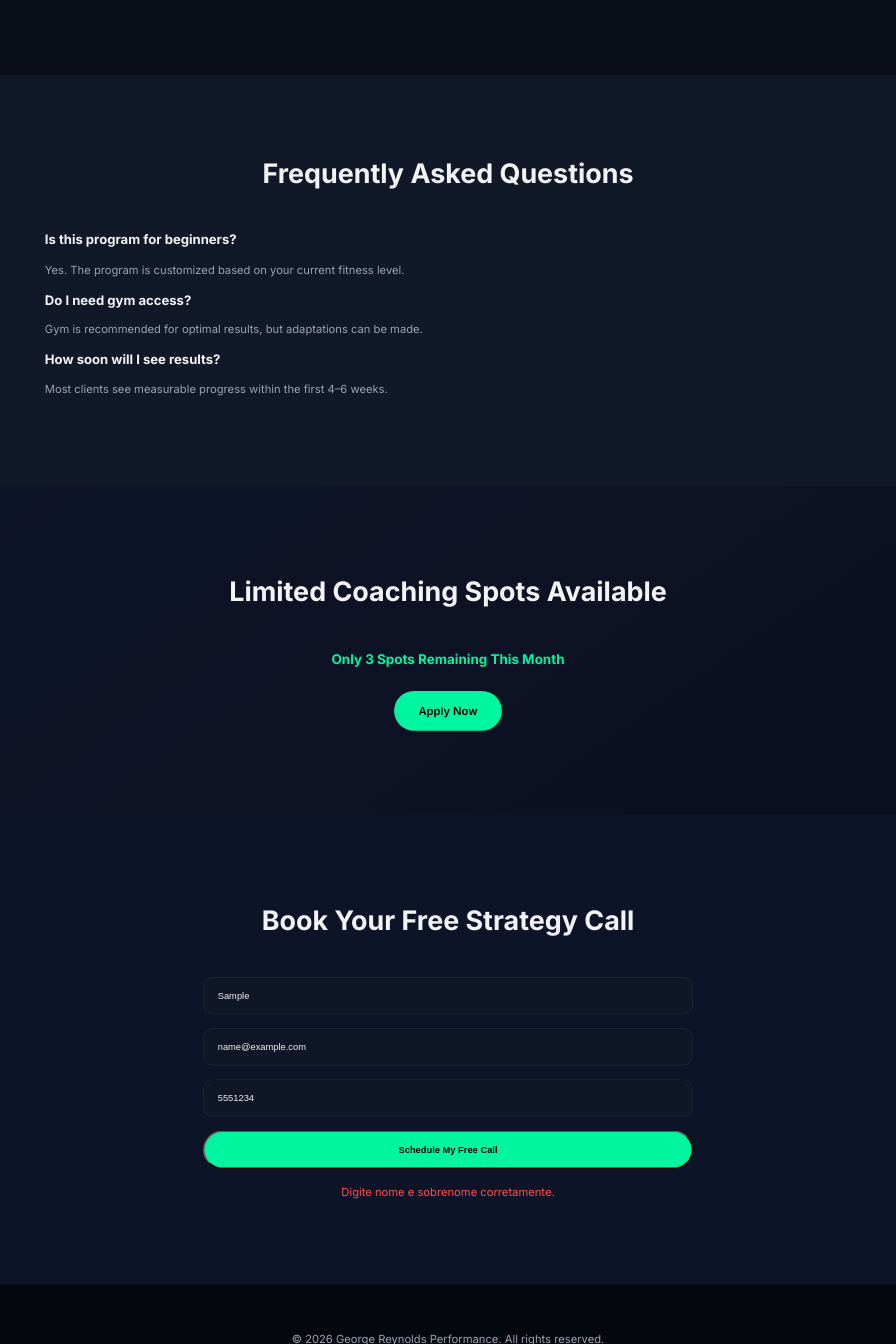
Repository: davidfsillva/Landing-page-pro
Page: index.html
These files come from the project's save history. The page is drawn as it stood at one moment and after the next save; the edit follows.
The browser window is 1280 px wide. The pictures show the part of the page from y = 4580 to 6500 px (the page is 6571 px tall), at 70% of full size.
Empty fields were first filled with sample values (such as "Sample", 5 or name@example.com).
After loading, the first visible `#leadForm` was submitted once.

Above is the page before, as saved 2026-02-26 18:59:28.

### index.html
<!DOCTYPE html>
<html lang="en">
<head>
    <!-- ================= BASIC META ================= -->
    <meta charset="UTF-8">
    <meta name="viewport" content="width=device-width, initial-scale=1.0, maximum-scale=5.0">
    <meta name="robots" content="index, follow">
    <link rel="canonical" href="https://www.lucasreynolds.com">

    <!-- ================= SEO ================= -->
    <title>George Reynolds | Elite Personal Trainer</title>
    <meta name="description" content="Elite personal training focused on fat loss, muscle building and peak performance. Customized programs, strategic nutrition and real accountability. Book your free fitness consultation today.">

    <!-- ================= OPEN GRAPH ================= -->
    <meta property="og:title" content="George Reynolds | Transform Your Body in 90 Days">
    <meta property="og:description" content="Personalized training programs with proven results. Limited spots available.">
    <meta property="og:type" content="website">
    <meta property="og:image" content="https://placehold.co/1200x630/0B1020/00FF99?text=GEORGE+REYNOLDS">
    <meta property="og:url" content="https://www.georgereynolds.com">
    <meta name="twitter:card" content="summary_large_image">

    <!-- FONTS -->
    <link rel="preconnect" href="https://fonts.googleapis.com">
    <link href="https://fonts.googleapis.com/css2?family=Inter:wght@300;400;600;700;800&display=swap" rel="stylesheet">

    <link rel="stylesheet" href="style.css">
</head>

<body>

<header class="header">
    <nav class="nav">
    <div class="logo">GEORGE REYNOLDS</div>

    <div class="menu-toggle" id="menuToggle">
        <span></span>
        <span></span>
        <span></span>
    </div>

    <div class="mobile-menu" id="mobileMenu">
        <a href="#home">Home</a>
        <a href="#about">About</a>
        <a href="#method">Method</a>
        <a href="#results">Results</a>
        <a href="#contact" class="menu-cta">Book Call</a>
    </div>
    </nav>
</header>

<main>

<!-- HERO -->
<section id="home" class="hero reveal">
    <div class="hero-overlay"></div>
    <div class="container hero-grid">

        <div class="hero-content">
            <div class="hero-badge">
                Trusted by 320+ Clients Worldwide
            </div>

            <h1>
                BUILD YOUR ELITE BODY
                <span>IN 90 DAYS.</span>
            </h1>

            <p>
                High-performance coaching for ambitious men who want visible results,
                structured training and real accountability.
            </p>

            <div class="hero-buttons">
                <a href="#contact" class="btn btn-primary">
                    Book Free Strategy Call
                </a>
            </div>

            <div class="hero-proof">
                <div>
                    <strong>320+</strong>
                    <small>Transformations</small>
                </div>

                <div>
                    <strong>8+ Years</strong>
                    <small>Experience</small>
                </div>
            </div>
        </div>

    </div>
</section>

<!-- AUTHORITY -->
<section class="section authority reveal">
    <div class="container">
        <h2>Proven Performance Coaching</h2>

        <div class="grid-3">
            <div class="card reveal">
                <h3>Certified Performance Specialist</h3>
                <p>Advanced certifications in strength training, nutrition strategy and metabolic optimization.</p>
            </div>

            <div class="card reveal">
                <h3>8+ Years of Experience</h3>
                <p>Coaching executives, entrepreneurs and high-performing professionals worldwide.</p>
            </div>

            <div class="card reveal">
                <h3>Data-Driven Approach</h3>
                <p>Every decision is backed by measurable performance metrics and structured progression.</p>
            </div>
        </div>
    </div>
</section>

<!-- ABOUT -->
<section id="about" class="section reveal">
    <div class="container">
        <h2>Why Most People Fail</h2>

        <div class="grid-3">
            <div class="card reveal">
                <h3>Generic Workouts</h3>
                <p>Most programs are copied from the internet and built for everyone — which means they’re built for no one.</p>
            </div>

            <div class="card reveal">
                <h3>Poor Nutrition</h3>
                <p>Extreme dieting, random calorie cutting and unsustainable routines destroy consistency.</p>
            </div>

            <div class="card reveal">
                <h3>No Accountability</h3>
                <p>Without structured guidance and weekly adjustments, discipline fades fast.</p>
            </div>
        </div>
    </div>
</section>

<!-- SOLUTION -->
<section class="section section-dark solution reveal">
    <div class="container">
        <h2>The Solution: Structure + Strategy + Accountability</h2>
        <p class="section-sub">
            Real transformation happens when training, nutrition and mindset work together.
        </p>
    </div>
</section>

<!-- METHOD -->
<section id="method" class="section section-dark reveal">
    <div class="container">
        <h2>The Reynolds Method</h2>

        <div class="method-list">
            <div class="method-item reveal" data-step="01">
                <strong>Full Performance Assessment</strong>
                <p>Deep evaluation before building your transformation plan.</p>
            </div>

            <div class="method-item reveal" data-step="02">
                <strong>Precision Custom Program</strong>
                <p>Engineered around your specific goals with measurable benchmarks.</p>
            </div>

            <div class="method-item reveal" data-step="03">
                <strong>Strategic Nutrition System</strong>
                <p>Structured framework aligned with metabolism and lifestyle.</p>
            </div>

            <div class="method-item reveal" data-step="04">
                <strong>Elite Accountability Protocol</strong>
                <p>Weekly tracking and strategic adjustments.</p>
            </div>
        </div>
    </div>
</section>

<!-- BENEFITS -->
<section class="section benefits reveal">
    <div class="container">
        <h2>What You’ll Achieve</h2>

        <div class="grid-3">
            <div class="card reveal">
                <h3>Visible Fat Loss</h3>
                <p>Reduce body fat while preserving lean muscle mass.</p>
            </div>

            <div class="card reveal">
                <h3>Lean Muscle Gain</h3>
                <p>Build a strong, aesthetic and high-performance physique.</p>
            </div>

            <div class="card reveal">
                <h3>Peak Confidence</h3>
                <p>Develop discipline and mindset that extend beyond the gym.</p>
            </div>
        </div>
    </div>
</section>

<!-- RESULTS -->
<section id="results" class="section reveal">
    <div class="container">
        <h2>Transformation Case Study Concepts</h2>

        <div class="grid-3">
            <div class="testimonial reveal">
                <img src="img/card1.webp" alt="Fitness transformation concept" loading="lazy">
                <p>"In 16 weeks, measurable strength gains and fat reduction."</p>
                <span>Sample Case Study Concept</span>
            </div>

            <div class="testimonial reveal">
                <img src="img/card2.webp" alt="Fitness coaching concept" loading="lazy">
                <p>"Structured check-ins created sustainable progress."</p>
                <span>Sample Case Study Concept</span>
            </div>

            <div class="testimonial reveal">
                <img src="img/card3.webp" alt="Elite fitness result concept" loading="lazy">
                <p>"Personalized programming transformed performance."</p>
                <span>Sample Case Study Concept</span>
            </div>
        </div>
    </div>
</section>

<!-- FAQ -->
<section class="section section-dark faq reveal">
    <div class="container">
        <h2>Frequently Asked Questions</h2>

        <div class="faq-item reveal">
            <h3>Is this program for beginners?</h3>
            <p>Yes. The program is customized based on your current fitness level.</p>
        </div>

        <div class="faq-item reveal">
            <h3>Do I need gym access?</h3>
            <p>Gym is recommended for optimal results, but adaptations can be made.</p>
        </div>

        <div class="faq-item reveal">
            <h3>How soon will I see results?</h3>
            <p>Most clients see measurable progress within the first 4–6 weeks.</p>
        </div>
    </div>
</section>

<!-- URGENCY -->
<section class="section section-dark urgency reveal">
    <div class="container">
        <h2>Limited Coaching Spots Available</h2>

        <div class="urgency-highlight">
            <strong>Only 3 Spots Remaining This Month</strong>
        </div>

        <a href="#contact" class="btn btn-primary">Apply Now</a>
    </div>
</section>

<!-- CONTACT -->
<section id="contact" class="section cta reveal">
    <div class="container contact-container">
        <h2>Book Your Free Strategy Call</h2>

        <form id="leadForm" class="form contact-form">
            <div class="input-group">
                <input type="text" id="nome" name="nome" placeholder="Full Name" required>
            </div>

            <div class="input-group">
                <input type="email" id="email" name="email" placeholder="Email Address" required>
            </div>

            <div class="input-group">
                <input type="tel" id="telefone" name="telefone" placeholder="Phone Number (DDD + Number)" required>
            </div>

            <button type="submit" class="btn btn-primary btn-full">
                Schedule My Free Call
            </button>

            <div id="formFeedback" class="form-feedback"></div>
        </form>
    </div>
</section>

</main>

<footer class="footer">
    <div class="container">
        <p>© 2026 George Reynolds Performance. All rights reserved.</p>
    </div>
</footer>

<script src="script.js"></script>
</body>
</html>

### script.js
(function () {
  "use strict";

  /* =====================================================
     1. MENU RESPONSIVO
  ===================================================== */
  const menuToggle = document.getElementById("menuToggle");
  const navMenu = document.getElementById("nav");

  if (menuToggle && navMenu) {
    menuToggle.addEventListener("click", () => {
      const isActive = navMenu.classList.toggle("active");
      menuToggle.setAttribute("aria-expanded", isActive);
      document.body.style.overflow = isActive ? "hidden" : "auto";
    });

    document.querySelectorAll(".nav a").forEach(link => {
      link.addEventListener("click", () => {
        navMenu.classList.remove("active");
        menuToggle.setAttribute("aria-expanded", "false");
        document.body.style.overflow = "auto";
      });
    });
  }

  /* =====================================================
     2. SCROLL SUAVE COM OFFSET
  ===================================================== */
  const header = document.querySelector(".header");

  document.querySelectorAll('a[href^="#"]').forEach(anchor => {
    anchor.addEventListener("click", function (e) {
      const targetId = this.getAttribute("href");
      if (targetId === "#") return;

      const target = document.querySelector(targetId);
      if (!target) return;

      e.preventDefault();

      const headerHeight = header ? header.offsetHeight : 0;
      const elementPosition = target.getBoundingClientRect().top + window.scrollY;
      const offsetPosition = elementPosition - headerHeight - 10;

      window.scrollTo({
        top: offsetPosition,
        behavior: "smooth"
      });
    });
  });

  /* =====================================================
     3. REVEAL ON SCROLL
  ===================================================== */
  const reveals = document.querySelectorAll(".reveal");

  if ("IntersectionObserver" in window) {
    const revealObserver = new IntersectionObserver((entries, observer) => {
      entries.forEach(entry => {
        if (entry.isIntersecting) {
          entry.target.classList.add("active");
          observer.unobserve(entry.target);
        }
      });
    }, {
      threshold: 0.15
    });

    reveals.forEach(el => revealObserver.observe(el));
  }

  /* =====================================================
     4. VALIDAÇÃO + REDIRECIONAMENTO WHATSAPP
  ===================================================== */
  const form = document.getElementById("leadForm");
  const feedback = document.getElementById("formFeedback");

  if (form && feedback) {
    form.addEventListener("submit", function (e) {
      e.preventDefault();

      const nome = document.getElementById("nome").value.trim();
      const email = document.getElementById("email").value.trim();
      const telefone = document.getElementById("telefone").value.trim();
      const telDigits = telefone.replace(/\D/g, "");

      feedback.style.color = "#ff4d4d";
      feedback.textContent = "";

      if (nome.length < 5 || !/\s/.test(nome)) {
        feedback.textContent = "Digite nome e sobrenome corretamente.";
        return;
      }

      const emailRegex = /^[^\s@]+@[^\s@]+\.[^\s@]+$/;
      if (!emailRegex.test(email)) {
        feedback.textContent = "Digite um e-mail válido.";
        return;
      }

      if (telDigits.length < 10 || telDigits.length > 11) {
        feedback.textContent = "WhatsApp inválido. Use DDD + número.";
        return;
      }

      feedback.style.color = "#00F5A0";
      feedback.textContent = "Redirecionando para o WhatsApp...";

      const numeroPersonal = "5511999999999"; // ALTERE AQUI

      const mensagem = encodeURIComponent(
        `Olá! Me chamo ${nome}.
Quero agendar minha avaliação gratuita.
E-mail: ${email}`
      );

      setTimeout(() => {
        window.location.href = `https://wa.me/${numeroPersonal}?text=${mensagem}`;
      }, 1200);
    });
  }

})();

/* =====================================================
   5. NAV ACTIVE ON SCROLL
===================================================== */

const sections = document.querySelectorAll("section[id]");
const navLinks = document.querySelectorAll(".nav a");

window.addEventListener("scroll", () => {
  let current = "";

  sections.forEach(section => {
    const sectionTop = section.offsetTop - 120;
    const sectionHeight = section.offsetHeight;

    if (window.scrollY >= sectionTop &&
        window.scrollY < sectionTop + sectionHeight) {
      current = section.getAttribute("id");
    }
  });

  navLinks.forEach(link => {
    link.classList.remove("active");

    if (link.getAttribute("href") === `#${current}`) {
      link.classList.add("active");
    }
  });
});

Loaded but not shown: style.css (489 lines, source omitted)

After the next save:
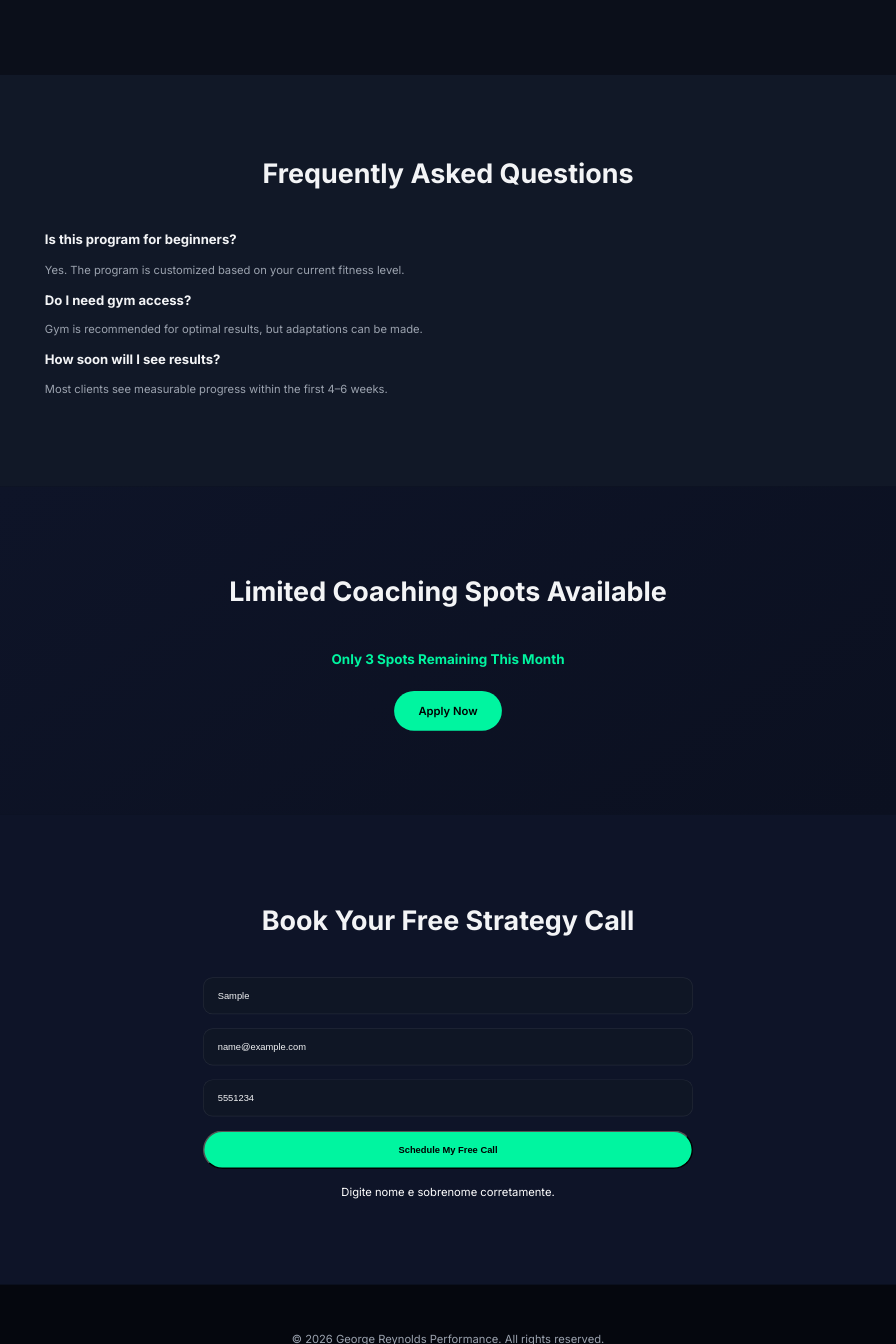
Saved 19 s later.
--- a/script.js
+++ b/script.js
@@ -84,7 +84,7 @@
       const telefone = document.getElementById("telefone").value.trim();
       const telDigits = telefone.replace(/\D/g, "");
 
-      feedback.style.color = "#ff4d4d";
+      feedback.style.color = "#ffffff";
       feedback.textContent = "";
 
       if (nome.length < 5 || !/\s/.test(nome)) {

After the save that followed:
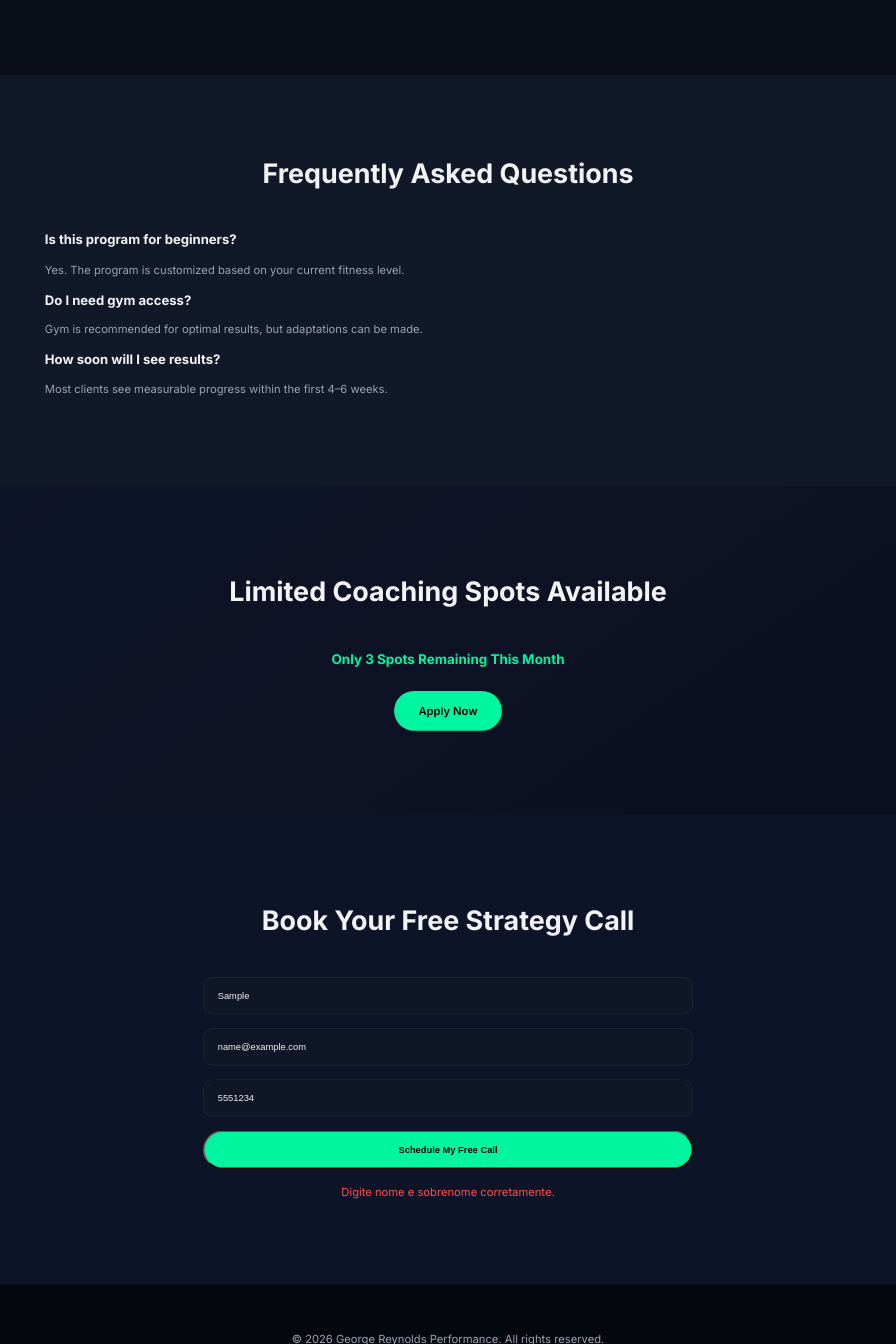
Saved 7 s later.
--- a/script.js
+++ b/script.js
@@ -84,7 +84,7 @@
       const telefone = document.getElementById("telefone").value.trim();
       const telDigits = telefone.replace(/\D/g, "");
 
-      feedback.style.color = "#ffffff";
+      feedback.style.color = "#ff4d4d";
       feedback.textContent = "";
 
       if (nome.length < 5 || !/\s/.test(nome)) {
